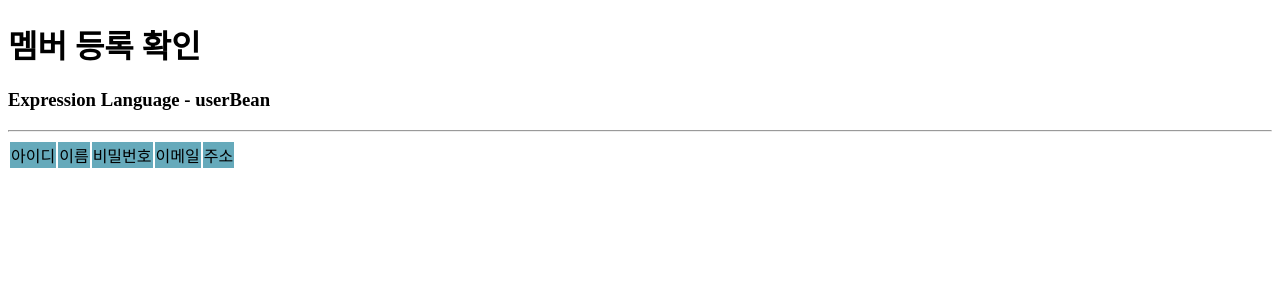
Repository: jsb5589/JAVAStudy
Page: http://localhost/JSP04/members/member5.jsp
The author's editor kept a copy of each file at every save. The page is drawn from the files as they stood at one save, then again after the next save.
The browser window is 1280 px wide. The pictures show the whole page.
The page is served by Tomcat 9. Other server files are loaded and not shown.

Above is the page before, as saved 2021-08-12 08:26:45.

### EZWebs/JSP04/src/main/webapp/members/member5.jsp
<%@ page language="java" contentType="text/html; charset=UTF-8"
	import="members.*"
	import="java.util.*"
    pageEncoding="UTF-8" isELIgnored="false"%>

<%
	request.setCharacterEncoding("UTF-8");
%>

<jsp:useBean id="member" class="members.MemberVO"/>
<jsp:setProperty name="member" property="*"/>
<jsp:useBean id="memberList" class="java.util.ArrayList"/>

<%
	MemberVO member2 = new MemberVO("3437", "삼사삼사", "3434", "3434@abc.com");
	memberList.add(member);
	memberList.add(member2);
%>
<!DOCTYPE html>
<html>
<head>
	<meta charset="UTF-8">
	<title>멤버 등록 및 조회</title>
</head>
<body>
	<h1>멤버 등록 확인</h1>
	<h3>Expression Language - userBean</h3>
	<hr>
	<table>
		<tr bgcolor="66aabb">
			<td>아이디</td>
			<td>이름</td>
			<td>비밀번호</td>
			<td>이메일</td>
			<td>주소</td>
		</tr>
		<tr>
			<td>${memberList[0].mid}</td>
			<td>${memberList[0].mname}</td>
			<td>${memberList[0].pwd}</td>
			<td>${memberList[0].email}</td>
		</tr>
		<tr>
			<td>${param.mid}</td>
			<td>${param.mname}</td>
			<td>${param.pwd}</td>
			<td>${param.email}</td>
		</tr>
	</table>
</body>
</html>

### EZWebs/JSP04/src/main/java/members/MemberVO.java
/*
 * MemberVO Value Object
 */
package members;

import java.sql.Date;

public class MemberVO {
	private String mid;
	private String mname;
	private String pwd;
	private String email;
	private Date regdate;

	public MemberVO() {}

	public MemberVO(String mid, String mname, String pwd, String email) {
		this.mid = mid;
		this.mname = mname;
		this.pwd = pwd;
		this.email = email;
	}

	public String getMid() {
		return mid;
	}
	public void setMid(String mid) {
		this.mid = mid;
	}
	public String getMname() {
		return mname;
	}
	public void setMname(String mname) {
		this.mname = mname;
	}
	public String getPwd() {
		return pwd;
	}
	public void setPwd(String pwd) {
		this.pwd = pwd;
	}
	public String getEmail() {
		return email;
	}
	public void setEmail(String email) {
		this.email = email;
	}
	public Date getRegdate() {
		return regdate;
	}
	public void setRegdate(Date regdate) {
		this.regdate = regdate;
	}

}

After the next save:
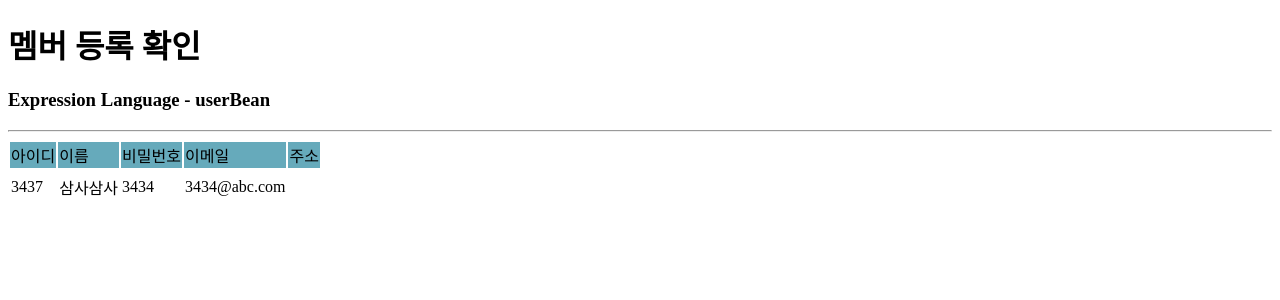
Saved 19 s later.
--- a/EZWebs/JSP04/src/main/webapp/members/member5.jsp
+++ b/EZWebs/JSP04/src/main/webapp/members/member5.jsp
@@ -41,6 +41,12 @@
 			<td>${memberList[0].email}</td>
 		</tr>
 		<tr>
+			<td>${memberList[1].mid}</td>
+			<td>${memberList[1].mname}</td>
+			<td>${memberList[1].pwd}</td>
+			<td>${memberList[1].email}</td>
+		</tr>
+		<tr>
 			<td>${param.mid}</td>
 			<td>${param.mname}</td>
 			<td>${param.pwd}</td>
